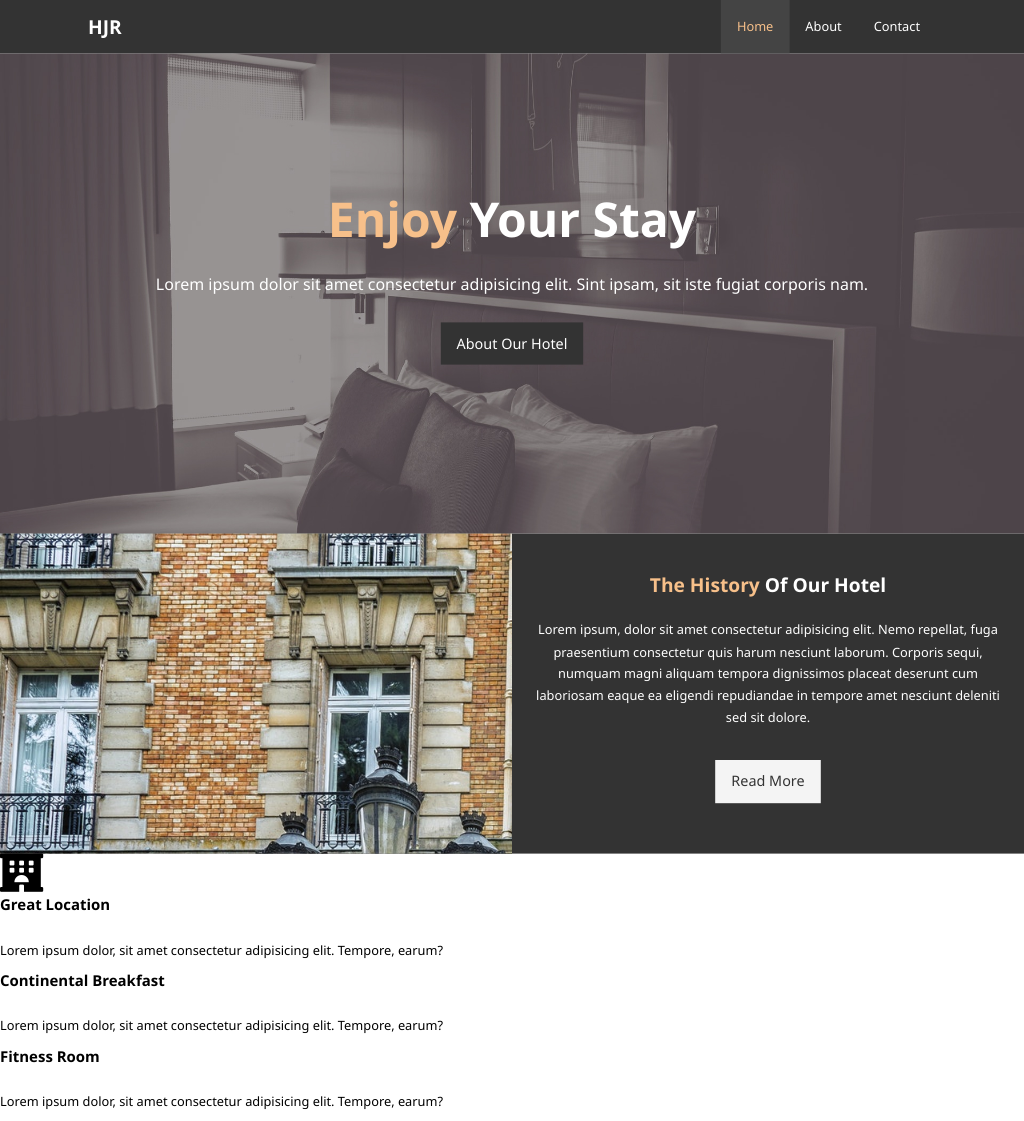
Repository: dimlutine/Hotel-Project
Page: index.html
The author's editor kept a copy of each file at every save. The page is drawn from the files as they stood at one save, then again after the next save.
The browser window is 1280 px wide. The pictures show the whole page, at 80% of full size.
Some web libraries are served in a nearby version.

Above is the page before, as saved 2019-07-05 22:31:31.

After the next save:
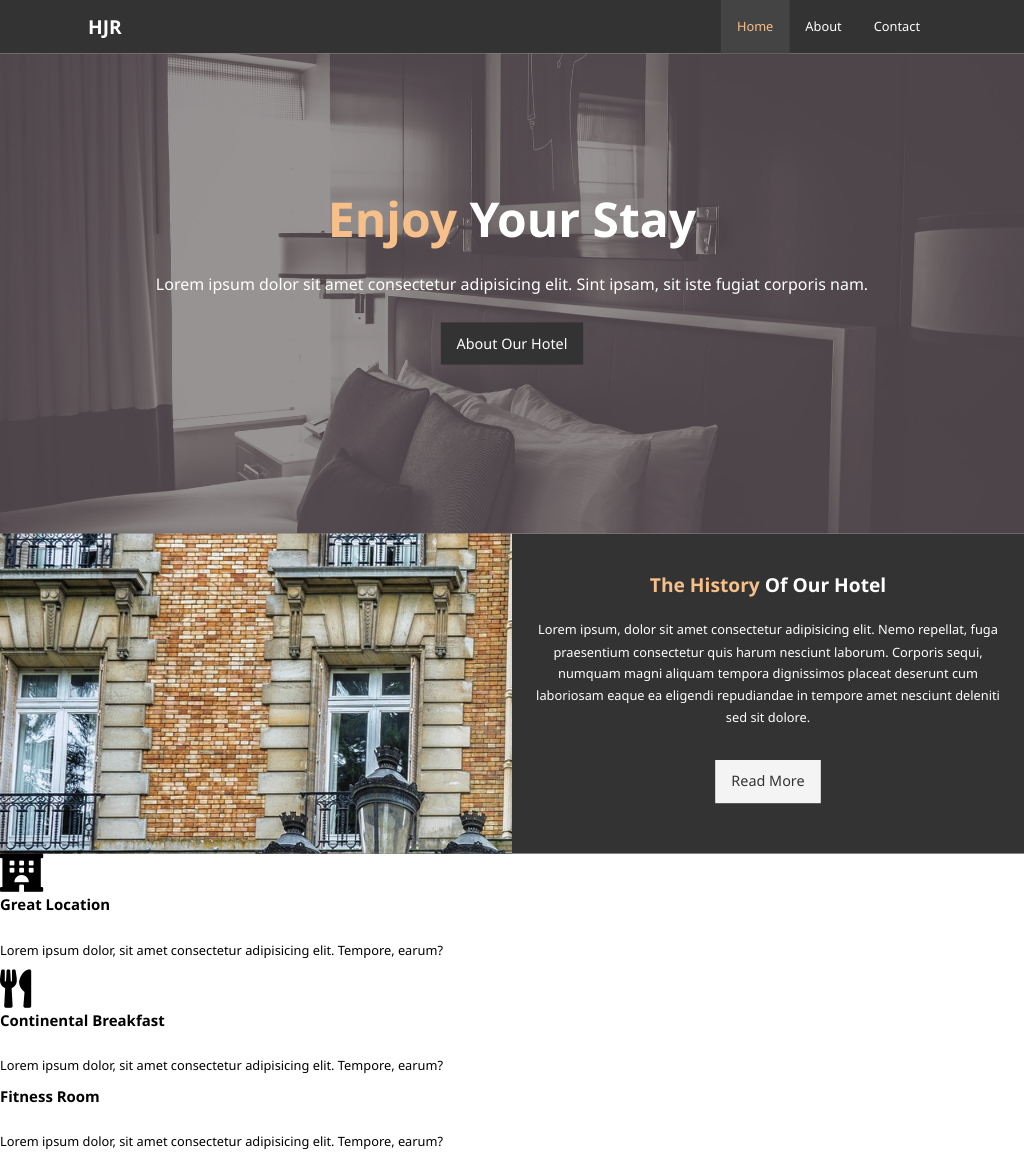
Saved 24 s later.
--- a/index.html
+++ b/index.html
@@ -55,6 +55,7 @@
             <p>Lorem ipsum dolor, sit amet consectetur adipisicing elit. Tempore, earum?</p>
         </div>
         <div class="box">
+            <i class="fas fa-utensils fa-3x"></i>
             <h3>Continental Breakfast</h3>
             <p>Lorem ipsum dolor, sit amet consectetur adipisicing elit. Tempore, earum?</p>
         </div>
